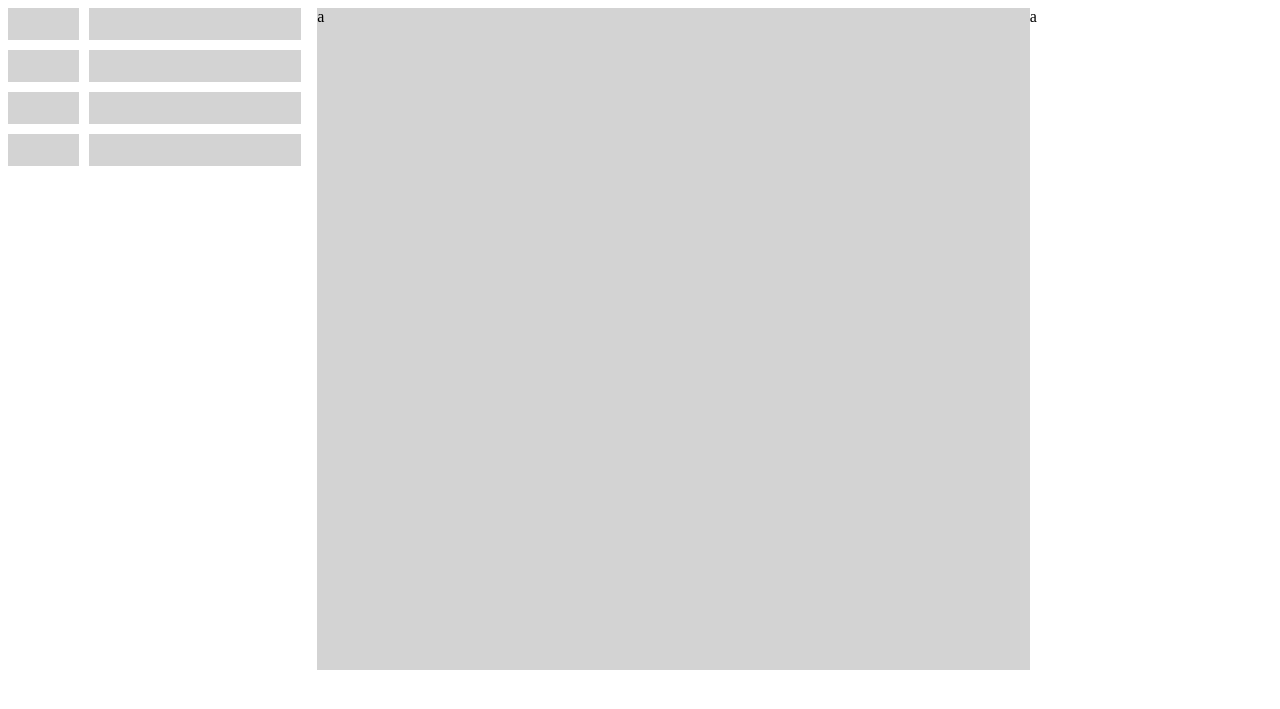
Repository: tr2cky/exercise2
Page: index.html
These files come from the project's save history. The page is drawn as it stood at one moment and after the next save; the edit follows.
The browser window is 1280 px wide. The pictures show the whole page.

Above is the page before, as saved 2022-10-01 11:35:39.

After the next save:
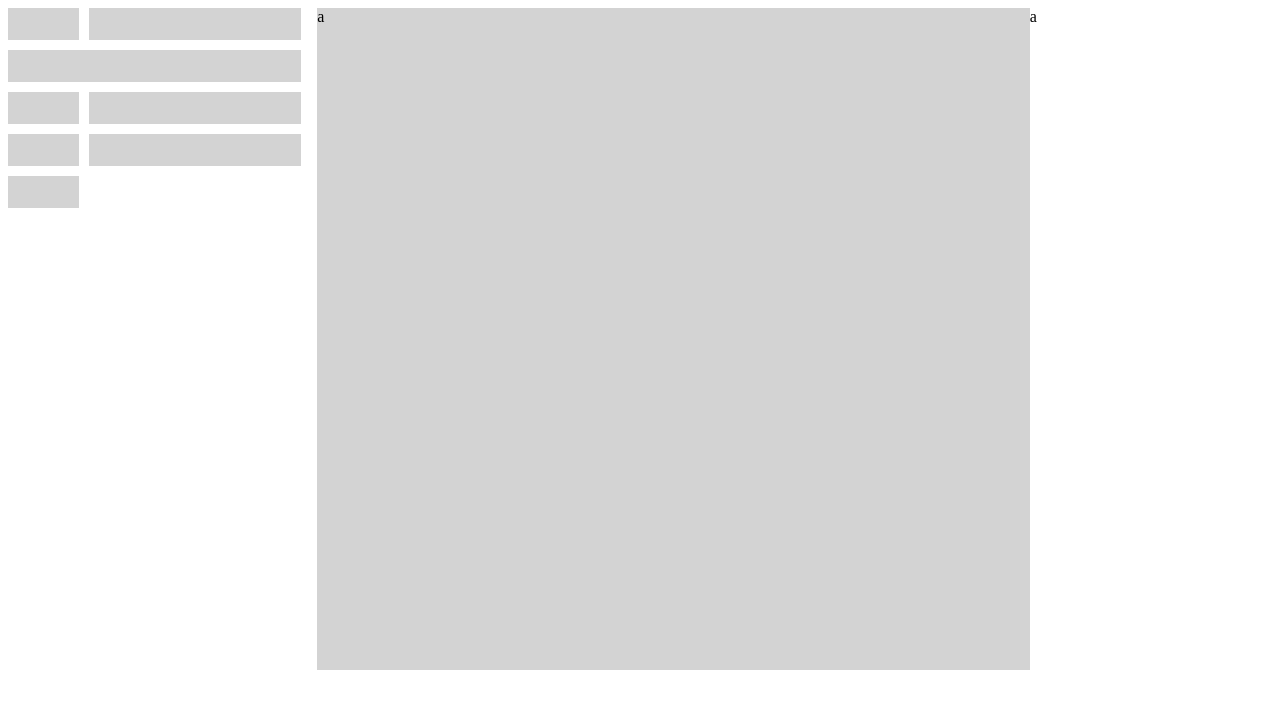
Saved 54 s later.
--- a/style.css
+++ b/style.css
@@ -25,3 +25,6 @@ main {
     border: 1px solid lightgray;
     padding: 5px;
 }
+#box3{
+    grid-column: 1/3;
+}
